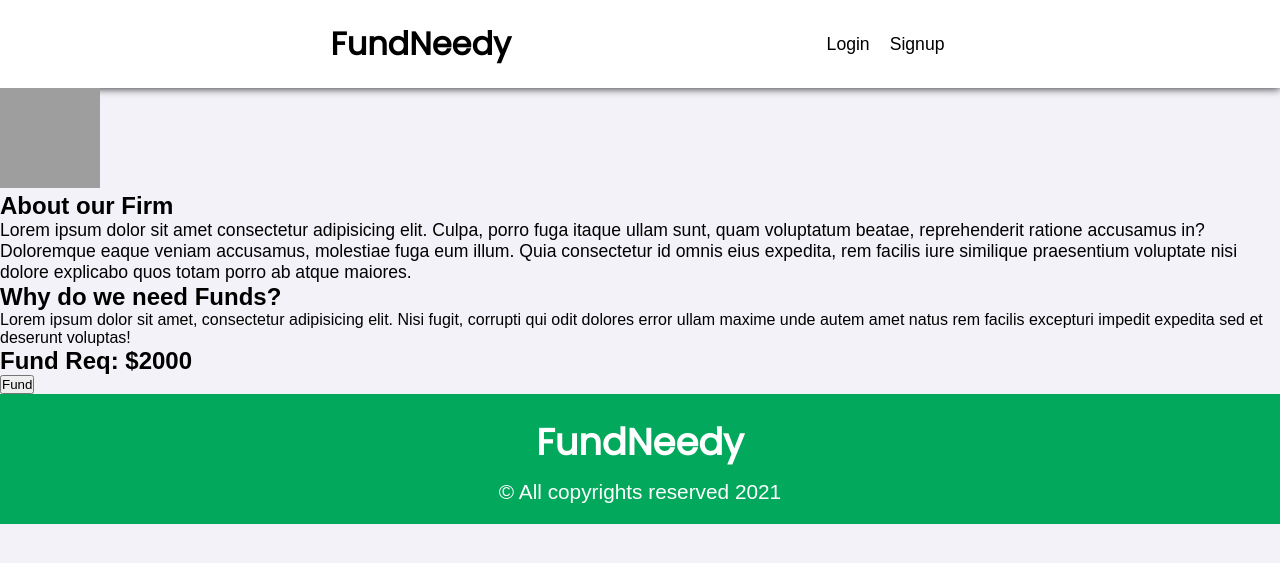
Repository: osdc/codejam
Page: /firmname (app in sassy-sandwiches/fund-needy/)
The author's editor kept a copy of each file at every save. The page is drawn from the files as they stood at one save, then again after the next save.
The browser window is 1280 px wide. The pictures show the whole page.
Pictures or frames that could not be fetched are drawn as grey boxes. The project was rebuilt for these pictures with package versions that can differ from the ones it lists, and the page was loaded fresh each time. Also part of the build but not shown: sassy-sandwiches/fund-needy/src/Showcase.css, sassy-sandwiches/fund-needy/src/Showcase.js, sassy-sandwiches/fund-needy/src/Needies.css, sassy-sandwiches/fund-needy/src/Needy.css, sassy-sandwiches/fund-needy/src/Needy.js, sassy-sandwiches/fund-needy/src/Needies.js.

Above is the page before, as saved 2021-01-09 22:16:45.

### sassy-sandwiches/fund-needy/public/index.html
<!DOCTYPE html>
<html lang="en">
  <head>
    <meta charset="utf-8" />
    <link rel="icon" href="%PUBLIC_URL%/favicon.ico" />
    <meta name="viewport" content="width=device-width, initial-scale=1" />
    <meta name="theme-color" content="#000000" />
    <meta
      name="description"
      content="Web site created using create-react-app"
    />
    <link rel="apple-touch-icon" href="%PUBLIC_URL%/logo192.png" />
    <link rel="manifest" href="%PUBLIC_URL%/manifest.json" />
    <title>FundNeedy</title>
  </head>
  <body>
    <noscript>You need to enable JavaScript to run this app.</noscript>
    <div id="root"></div>
  </body>
</html>

### sassy-sandwiches/fund-needy/src/App.js
import React from "react";
import "./App.css";
import Navbar from "./Navbar";
import Showcase from "./Showcase";
import Needies from "./Needies";
import Footer from "./Footer";
import { BrowserRouter as Router, Route, Switch } from "react-router-dom";
import FirmFund from "./FirmFund";

function App() {
  return (
    <div className="App">
      <Router>
        <Navbar />
        <Switch>
          <Route exact path="/" component={Showcase} />
          <Route path="/needies" component={Needies} />
          <Route path="/firmname" component={FirmFund} />
        </Switch>
        <Footer />
      </Router>
    </div>
  );
}

export default App;

### sassy-sandwiches/fund-needy/src/App.css
* {
  margin: 0;
  padding: 0;
  font-family: Arial, Helvetica, sans-serif;
}

body {
  background-color: #f3f2f8;
}

### sassy-sandwiches/fund-needy/src/Navbar.js
import React from "react";
import "./Navbar.css";

function Navbar() {
  return (
    <div className="navbar">
      <div className="navbar_logo">
        <h1>FundNeedy</h1>
      </div>
      <div className="navbar_login_signup">
        <button>Login</button>
        <button>Signup</button>
      </div>
    </div>
  );
}

export default Navbar;

### sassy-sandwiches/fund-needy/src/Footer.js
import React from "react";
import "./Footer.css";

function Footer() {
  return (
    <div className="footer">
      <h1>FundNeedy</h1>
      <p>© All copyrights reserved 2021</p>
    </div>
  );
}

export default Footer;

### sassy-sandwiches/fund-needy/src/FirmFund.js
import React from "react";
import "./FirmFund.css";

function FirmFund() {
  return (
    <div className="firmFund">
      <div className="firmFund_image">
        <img
          src="https://i.pinimg.com/originals/ba/fc/15/bafc1525cef9606c5c064694ca8e60fb.jpg"
          alt=""
        />
      </div>
      <div className="firmFund_about">
        <h2>About our Firm</h2>
        <p>
          Lorem ipsum dolor sit amet consectetur adipisicing elit. Culpa, porro
          fuga itaque ullam sunt, quam voluptatum beatae, reprehenderit ratione
          accusamus in? Doloremque eaque veniam accusamus, molestiae fuga eum
          illum. Quia consectetur id omnis eius expedita, rem facilis iure
          similique praesentium voluptate nisi dolore explicabo quos totam porro
          ab atque maiores.
        </p>
      </div>
      <div className="firmFund_need">
        <h2>Why do we need Funds?</h2>
        <p>
          Lorem ipsum dolor sit amet, consectetur adipisicing elit. Nisi fugit,
          corrupti qui odit dolores error ullam maxime unde autem amet natus rem
          facilis excepturi impedit expedita sed et deserunt voluptas!
        </p>
      </div>
      <div className="firmFund_fund">
        <h2>Fund Req: $2000</h2>
        <button>Fund</button>
      </div>
    </div>
  );
}

export default FirmFund;

### sassy-sandwiches/fund-needy/src/Navbar.css
@import url("https://fonts.googleapis.com/css2?family=Poppins&display=swap");

.navbar {
  display: flex;
  align-items: center;
  justify-content: space-evenly;
  padding: 20px;
  -webkit-box-shadow: 0px 1px 8px 0px rgba(0, 0, 0, 0.75);
  -moz-box-shadow: 0px 1px 8px 0px rgba(0, 0, 0, 0.75);
  box-shadow: 0px 1px 8px 0px rgba(0, 0, 0, 0.75);
  background-color: #fff;
  /* position: sticky; */
  top: 0;
  z-index: 10000;
}

.navbar_logo > h1 {
  font-family: "Poppins", sans-serif;
}

.navbar_login_signup {
  display: flex;
  align-items: center;
  justify-content: space-between;
}

.navbar_login_signup > button:nth-of-type(1) {
  margin-right: 10px;
}

.navbar_login_signup > button {
  padding: 5px;
  font-size: 1.1rem;
  outline: none;
  border: none;
  background-color: #fff;
  cursor: pointer;
  width: 100%;
}

### sassy-sandwiches/fund-needy/src/Footer.css
.footer {
  text-align: center;
  background-color: #02a95c;
  color: #fff;
  padding: 20px;
}

.footer > h1 {
  font-size: 2.3rem;
  font-family: "Poppins";
}

.footer > p {
  font-size: 1.3rem;
  font-weight: 400;
  margin-top: 10px;
}

### sassy-sandwiches/fund-needy/src/FirmFund.css
.firmFund_image > img {
  height: 100px;
  width: 100px;
}

.firmFund_about > p {
  font-size: 1.1rem;
}

.firmFund_about {
}

Loaded but not shown: sassy-sandwiches/fund-needy/src/index.js (common file); sassy-sandwiches/fund-needy/src/index.css (common file)

After the next save:
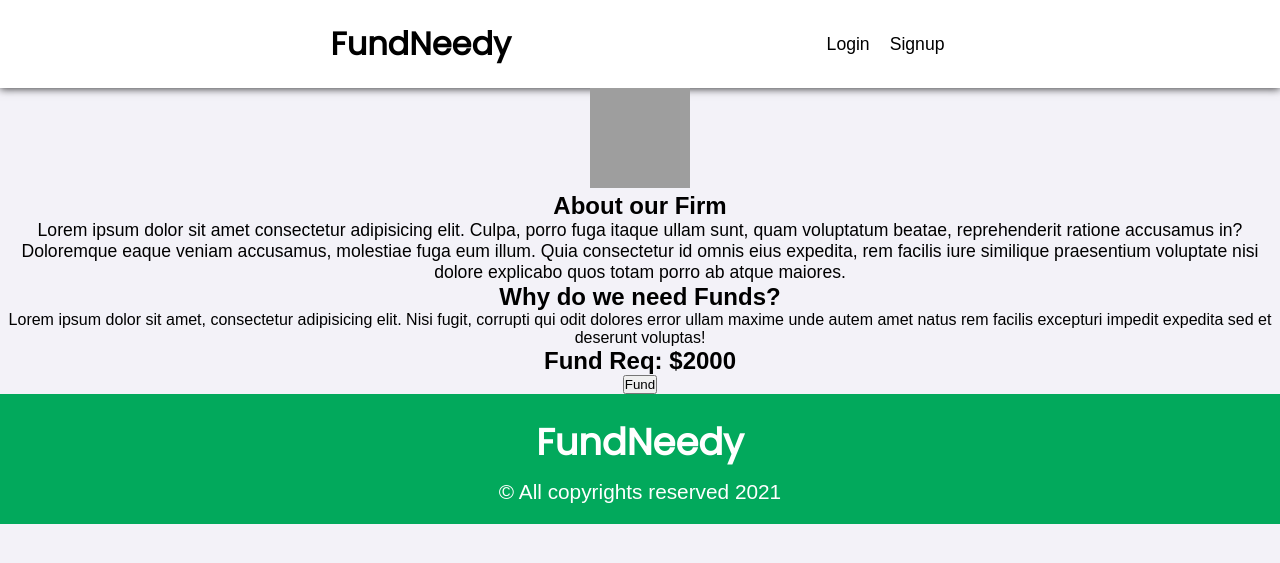
Saved 21 s later.
--- a/sassy-sandwiches/fund-needy/src/FirmFund.css
+++ b/sassy-sandwiches/fund-needy/src/FirmFund.css
@@ -1,3 +1,7 @@
+.firmFund {
+  text-align: center;
+}
+
 .firmFund_image > img {
   height: 100px;
   width: 100px;
